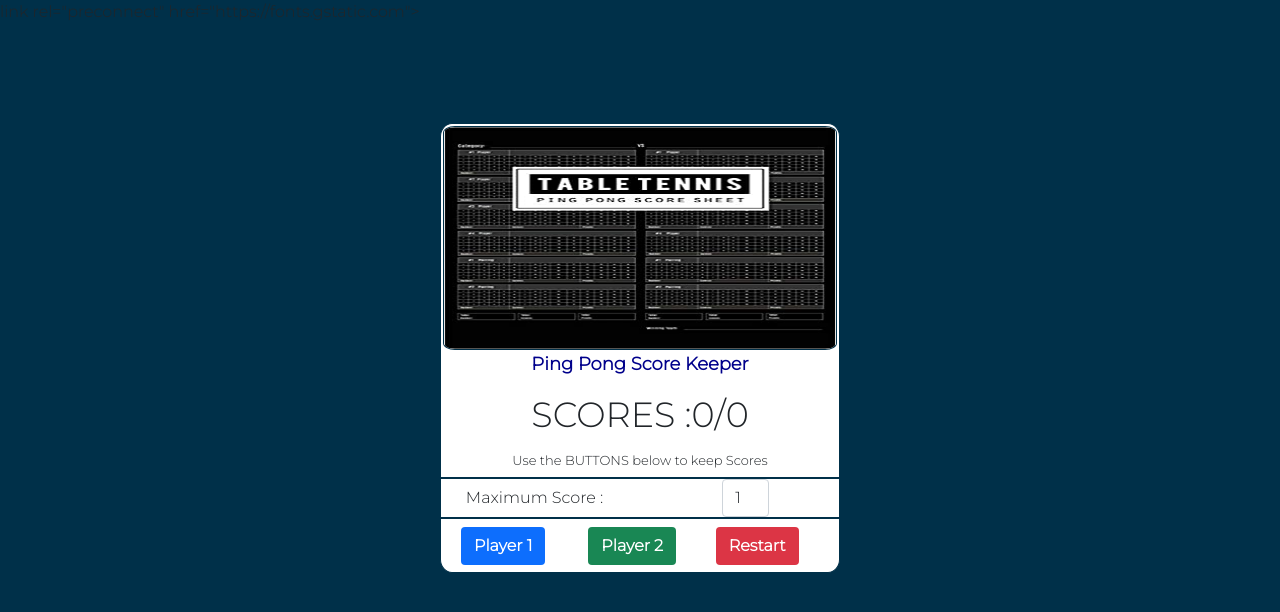
Repository: uditjain100/JavaScript-for-Web
Page: 9.Score Keeper Project/sk.html
The author's editor kept a copy of each file at every save. The page is drawn from the files as they stood at one save, then again after the next save.
The browser window is 1280 px wide. The pictures show the whole page.

Above is the page before, as saved 2021-01-23 11:19:31.

### 9.Score Keeper Project/sk.html
<!DOCTYPE html>
<html lang="en">
  <head>
    <meta charset="UTF-8" />
    <meta name="viewport" content="width=device-width, initial-scale=1.0" />
    <title>Score Keeper</title>
    <link
      href="https://cdn.jsdelivr.net/npm/bootstrap@5.0.0-beta1/dist/css/bootstrap.min.css"
      rel="stylesheet"
      integrity="sha384-giJF6kkoqNQ00vy+HMDP7azOuL0xtbfIcaT9wjKHr8RbDVddVHyTfAAsrekwKmP1"
      crossorigin="anonymous"
    />
    link rel="preconnect" href="https://fonts.gstatic.com">
    <link
      href="https://fonts.googleapis.com/css2?family=Montserrat:wght@300&display=swap"
      rel="stylesheet"
    />
    <link rel="stylesheet" href="app.css" />
  </head>
  <body>
    <div class="container">
      <div id="mainbody" class="main" style="height: 450px">
        <img
          src="image.png"
          alt="Table_Tennis"
          class="img-fluid mx-auto"
          style="width: 99%; height: 50%"
        />

        <h6 id="heading" class="diaply-10">Ping Pong Score Keeper</h6>

        <div id="scores" class="scores m-2 p-1 mx-auto">
          <span id="score1" class="score">SCORES :</span>
          <span id="score2" class="score">0</span
          ><span id="score3" class="score">/</span
          ><span id="score4" class="score">0</span>
        </div>

        <h6 id="instruction">Use the BUTTONS below to keep Scores</h6>

        <div id="maxScores" class="row">
          <div class="col-6">
            <h6 id="max_score" class="display-10 fw-4">Maximum Score :</h6>
          </div>
          <div id="select_02" class="col-2">
            <select class="form-control" name="max-score" id="max-score">
              <option value="1">1</option>
              <option value="2">2</option>
              <option value="3">3</option>
              <option value="4">4</option>
              <option value="5">5</option>
            </select>
          </div>
        </div>

        <div id="allbtns" class="row m-2">
          <div class="col-4">
            <button id="p1_btn" class="btn bg-primary">Player 1</button>
          </div>
          <div class="col-4">
            <button id="p2_btn" class="btn bg-success">Player 2</button>
          </div>
          <div class="col-4">
            <button id="reset" class="btn bg-danger">Restart</button>
          </div>
        </div>

        <!-- ********************* -->
      </div>
    </div>

    <script src="app.js"></script>
  </body>
</html>

### 9.Score Keeper Project/app.css
body {
  background-color: #003049;
  font-family: "Montserrat";
}

.container {
  display: flex;
  justify-content: center;
  align-items: center;
  min-height: 90vh;
}

img {
  display: flex;
  justify-content: center;
  margin-top: 2px;
  border: 0.5px #003049 solid;
  border-radius: 3%;
}

#mainbody {
  background-color: white;
  border: 0.5px #003049 solid;
  border-radius: 3%;
  width: 400px;
}

#heading {
  margin: 3px;
  padding: 1px;
  text-align: center;
  color: darkblue;
  font-weight: 900;
  font-size: large;
  font-family: "Montserrat";
}

#scores {
  display: flex;
  justify-content: center;
  align-items: center;
}

#instruction {
  text-align: center;
  font-size: small;
}

#maxScores {
  display: flex;
  align-items: center;
  border-top: 2px #003049 solid;
  border-bottom: 2px #003049 solid;
}

#max_score {
  padding: 2px;
  margin: 0px auto;
  text-align: center;
}

#select_02 {
  margin: 0px auto;
}

#score1 {
  text-align: center;
  font-size: 35px;
}
#score2 {
  text-align: center;
  font-size: 35px;
}
#score3 {
  text-align: center;
  font-size: 35px;
}
#score4 {
  text-align: center;
  font-size: 35px;
}

.btn {
  color: white;
  font-weight: 900;
}

#allbtns {
  display: flex;
  justify-content: space-evenly;
}

### 9.Score Keeper Project/app.js
var p1_score = document.querySelector("#score2");
var p2_score = document.querySelector("#score4");

var p1_btn = document.querySelector("#p1_btn");
var p2_btn = document.querySelector("#p2_btn");
var reset_btn = document.querySelector("#reset");

var max_score_selector = document.querySelector("#max-score");

var i = 0;
var j = 0;
var max = 5;
var isGameOyer = false;

max_score_selector.addEventListener("change", () => {
  max = this.value;
  reset();
});

p1_btn.addEventListener("click", () => {
  if (!isGameOyer) {
    if (i + 1 === max) {
      p1_score.innerText = ++i;
      p1_score.style.color = "Green";
      p2_score.style.color = "Red";
      i = 0;
      j = 0;
      isGameOyer = true;
      alert("Restart Game :)");
    } else {
      console.log("Heyyyyyyyyyyyy !!");
      p1_score.style.color = "Black";
      p1_score.innerText = ++i;
    }
  }
});

p2_btn.addEventListener("click", () => {
  if (!isGameOyer) {
    if (j + 1 === max) {
      p2_score.innerText = ++j;
      p2_score.style.color = "Green";
      p1_score.style.color = "Red";
      i = 0;
      j = 0;
      isGameOyer = true;
      alert("Restart Game :)");
    } else {
      console.log("Heyyyyyyyyyyyy !!");
      p2_score.style.color = "Black";
      p2_score.innerText = ++j;
    }
  }
});

reset_btn.addEventListener("click", reset);

function reset() {
  isGameOyer = false;
  i = 0;
  j = 0;
  p1_score.innerText = i;
  p2_score.innerText = j;
  p2_score.style.color = "Black";
  p1_score.style.color = "Black";
}

After the next save:
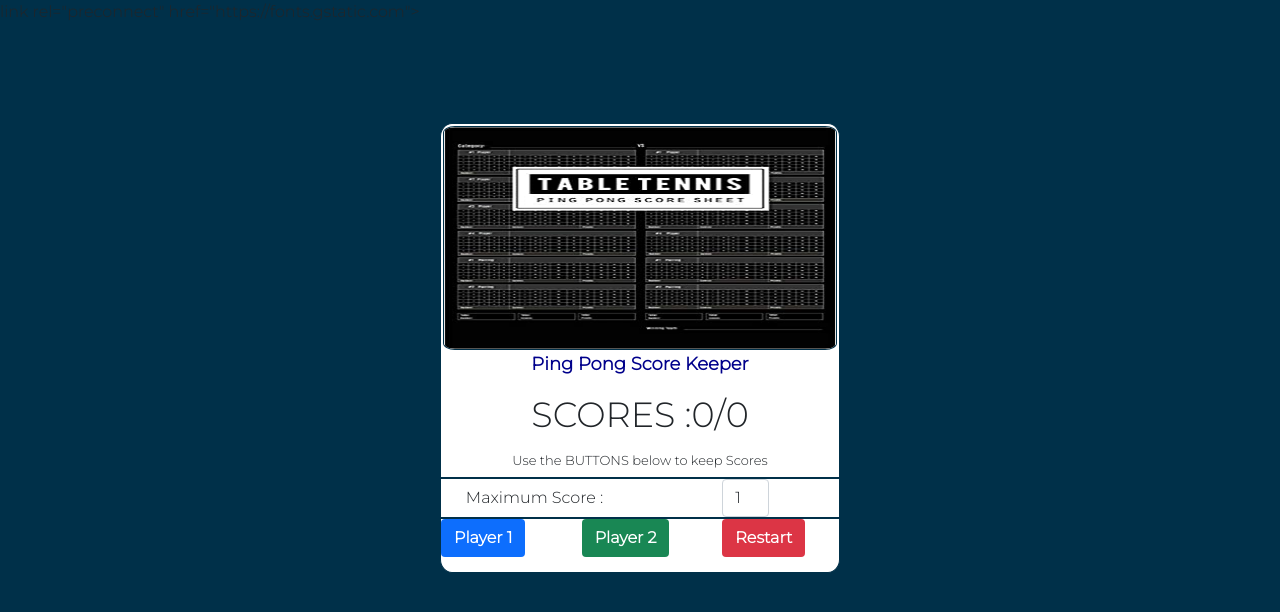
Saved 14 s later.
--- a/9.Score Keeper Project/sk.html
+++ b/9.Score Keeper Project/sk.html
@@ -53,7 +53,7 @@
           </div>
         </div>
 
-        <div id="allbtns" class="row m-2">
+        <div id="allbtns" class="row">
           <div class="col-4">
             <button id="p1_btn" class="btn bg-primary">Player 1</button>
           </div>

After the save that followed:
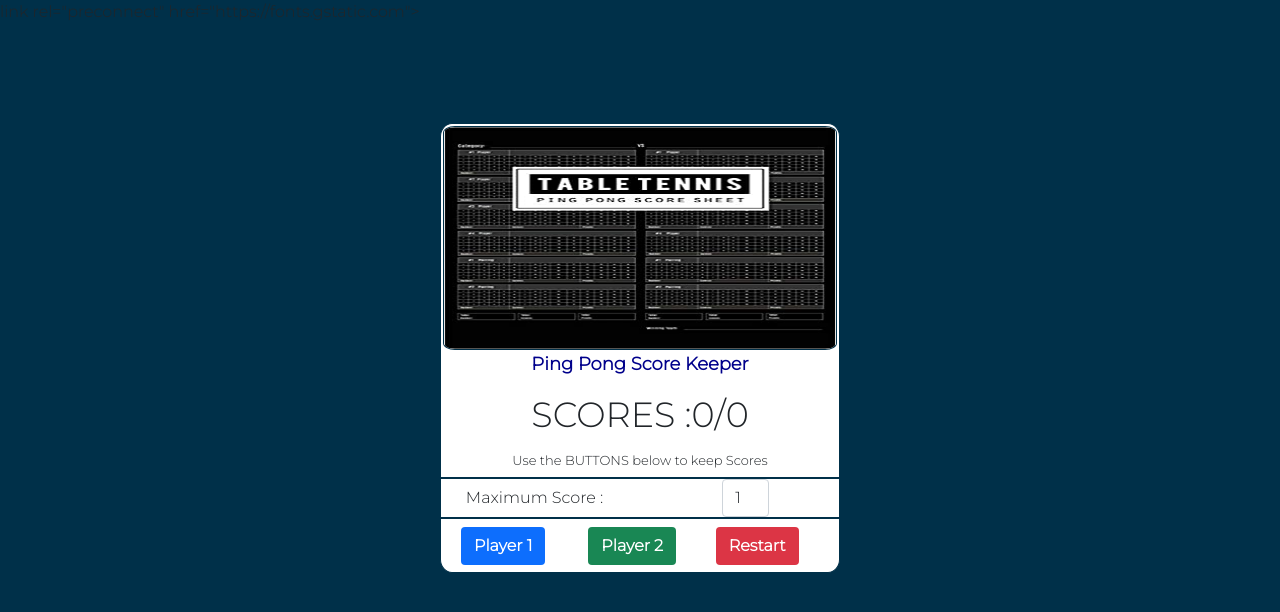
Saved 12 s later.
--- a/9.Score Keeper Project/sk.html
+++ b/9.Score Keeper Project/sk.html
@@ -53,7 +53,7 @@
           </div>
         </div>
 
-        <div id="allbtns" class="row">
+        <div id="allbtns" class="row m-2">
           <div class="col-4">
             <button id="p1_btn" class="btn bg-primary">Player 1</button>
           </div>
